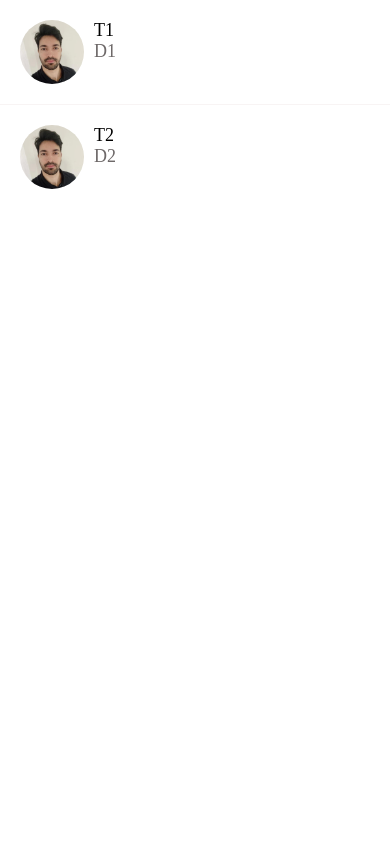
Repository: georgehgfonseca/F05-Trena-Native
Screen: /
The author's editor kept a copy of each file at every save. The screen is drawn from the files as they stood at one save, then again after the next save.
The app was drawn by React Native's web renderer in a window 390 px wide. The project was rebuilt for these pictures with package versions that can differ from the ones it lists, and the page was loaded fresh each time. Some packages were replaced by stand-ins written for this rebuild.

Above is the screen before, as saved 2022-10-13 18:13:58.

### App.tsx
import { View } from "react-native";
import Card from "./app/components/Card";
import { ListingDetailsScreen } from "./app/screens/ListingDetailsScreen";
import MessagesScreen from "./app/screens/MessagesScreen";
import ViewImageScreen from "./app/screens/ViewImageScreen";
import WelcomeScreen from "./app/screens/WelcomeScreen";

export default function App() {
  return <MessagesScreen></MessagesScreen>;
}

// <View style={{ backgroundColor: "#f8f4f4", padding: 20, paddingTop: 100 }}>
//   <Card
//     title="Red jacket for sale"
//     subTitle="$100"
//     image={require("./app/assets/jacket.jpg")}
//   ></Card>
// </View>
// import {
//   StyleSheet,
//   Text,
//   View,
//   Image,
//   ImageBackground,
//   SafeAreaView,
//   TouchableHighlight,
//   Button,
//   Alert,
//   Platform,
//   StatusBar,
//   Dimensions,
// } from "react-native";
// import {
//   useDimensions,
//   useDeviceOrientation,
// } from "@react-native-community/hooks";
// import { MaterialCommunityIcons } from "@expo/vector-icons";

// <View style={{ flex: 1, justifyContent: "center", alignItems: "center" }}>
//   </View>
{
  /* <AppButton text="LOGIN" color={colors.primary}></AppButton>
      <AppButton text="REGISTER" color={colors.secondary}></AppButton> */
}
{
  /* <AppText>I love React Native!</AppText> */
}
{
  /* <MaterialCommunityIcons
        size={60}
        color="dodgerblue"
        name="email"
      ></MaterialCommunityIcons> */
}
{
  /* <View
        style={{
          backgroundColor: "dodgerblue",
          width: 100,
          height: 100,
          padding: 20,
          paddingHorizontal: 10,
          paddingLeft: 30,
          // borderWidth: 10,
          // borderRadius: 50,
          // borderColor: "royalblue",
          // elevation: 20,
        }}
      >
        <View style={{ backgroundColor: "gold", width: 50, height: 50 }}></View>
      </View>
      <View
        style={{
          backgroundColor: "tomato",
          width: 100,
          height: 100,
          margin: 20,
        }}
      ></View> */
}

### app/screens/MessagesScreen.tsx
import React from "react";
import { FlatList, View } from "react-native";

import ListItem from "../components/ListItem";
import ListItemSeparator from "../components/ListItemSeparator";
import Screen from "../components/Screen";
import colors from "../config/colors";

const messages = [
  {
    id: 1,
    title: "T1",
    description: "D1",
    image: require("../assets/george.jpeg"),
  },
  {
    id: 2,
    title: "T2",
    description: "D2",
    image: require("../assets/george.jpeg"),
  },
];

export default function MessagesScreen(props: any) {
  return (
    <Screen>
      <FlatList
        data={messages}
        keyExtractor={(message) => message.id.toString()}
        renderItem={({ item }) => (
          <ListItem
            title={item.title}
            subTitle={item.description}
            image={item.image}
          ></ListItem>
        )}
        ItemSeparatorComponent={(props) => <ListItemSeparator />}
      ></FlatList>
    </Screen>
  );
}

// const styles = StyleSheet.create({
//   screen: {
//     paddingTop: Constants.statusBarHeight,
//   },
// });

### app/components/ListItem.tsx
import React from "react";
import { View, StyleSheet, Image, ImageSourcePropType } from "react-native";

import colors from "../config/colors";
import AppText from "./AppText";

interface ListItemProps {
  title: string;
  subTitle: string;
  image: ImageSourcePropType;
}
function ListItem({ title, subTitle, image }: ListItemProps) {
  return (
    <View style={styles.container}>
      <Image style={styles.image} source={image}></Image>
      <View>
        <AppText style={styles.title}>{title}</AppText>
        <AppText style={styles.subTitle}>{subTitle}</AppText>
      </View>
    </View>
  );
}

const styles = StyleSheet.create({
  container: {
    flexDirection: "row",
    padding: 20,
  },
  image: {
    width: 64,
    height: 64,
    borderRadius: 32,
    marginRight: 10,
  },
  subTitle: {
    color: colors.gray,
  },
  title: {
    fontWeight: "500",
  },
});

export default ListItem;

### app/components/ListItemSeparator.tsx
import React from "react";
import { StyleSheet, View } from "react-native";

import colors from "../config/colors";

export default function ListItemSeparator() {
  return <View style={styles.separator} />;
}

const styles = StyleSheet.create({
  separator: {
    width: "100%",
    height: 1,
    backgroundColor: colors.lightGray,
  },
});

### app/components/Screen.tsx
import React from "react";
import Constants from "expo-constants";

import { SafeAreaView, StyleSheet } from "react-native";

interface ScreenProps {
  children: JSX.Element;
}

function Screen({ children }: ScreenProps) {
  return <SafeAreaView style={styles.screen}>{children}</SafeAreaView>;
}

const styles = StyleSheet.create({
  screen: {
    paddingTop: Constants.statusBarHeight,
  },
});

export default Screen;

### app/config/colors.ts
export default {
    primary: "#fc5c65",
    secondary: "#4ecdc4",
    black: "#000",
    white: "#fff",
    gray: "#6e6969",
    lightGray: "#f8f4f4"
}

### app/components/AppText.tsx
import React from "react";
import { Text, StyleSheet, Platform } from "react-native";

function AppText({ children, style }: any) {
  return <Text style={[styles.text, style]}>{children}</Text>;
}

const styles = StyleSheet.create({
  text: {
    fontSize: 18,
    fontFamily: Platform.OS === "android" ? "Roboto" : "Avenir",
  },
});

export default AppText;

After the next save:
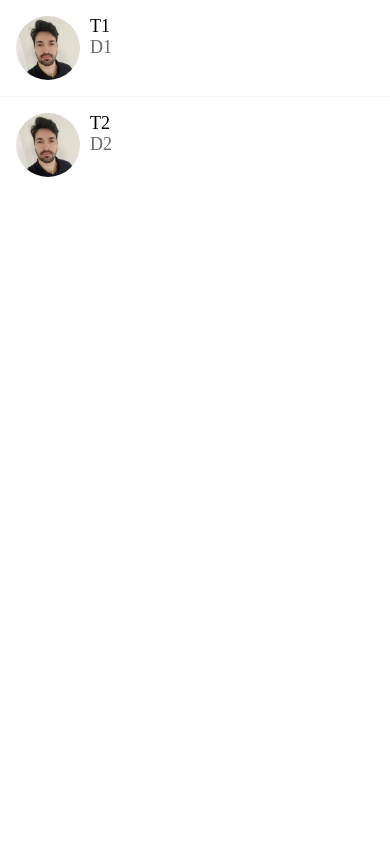
Saved 14 s later.
--- a/app/components/ListItem.tsx
+++ b/app/components/ListItem.tsx
@@ -24,7 +24,7 @@ function ListItem({ title, subTitle, image }: ListItemProps) {
 const styles = StyleSheet.create({
   container: {
     flexDirection: "row",
-    padding: 20,
+    padding: 16,
   },
   image: {
     width: 64,
